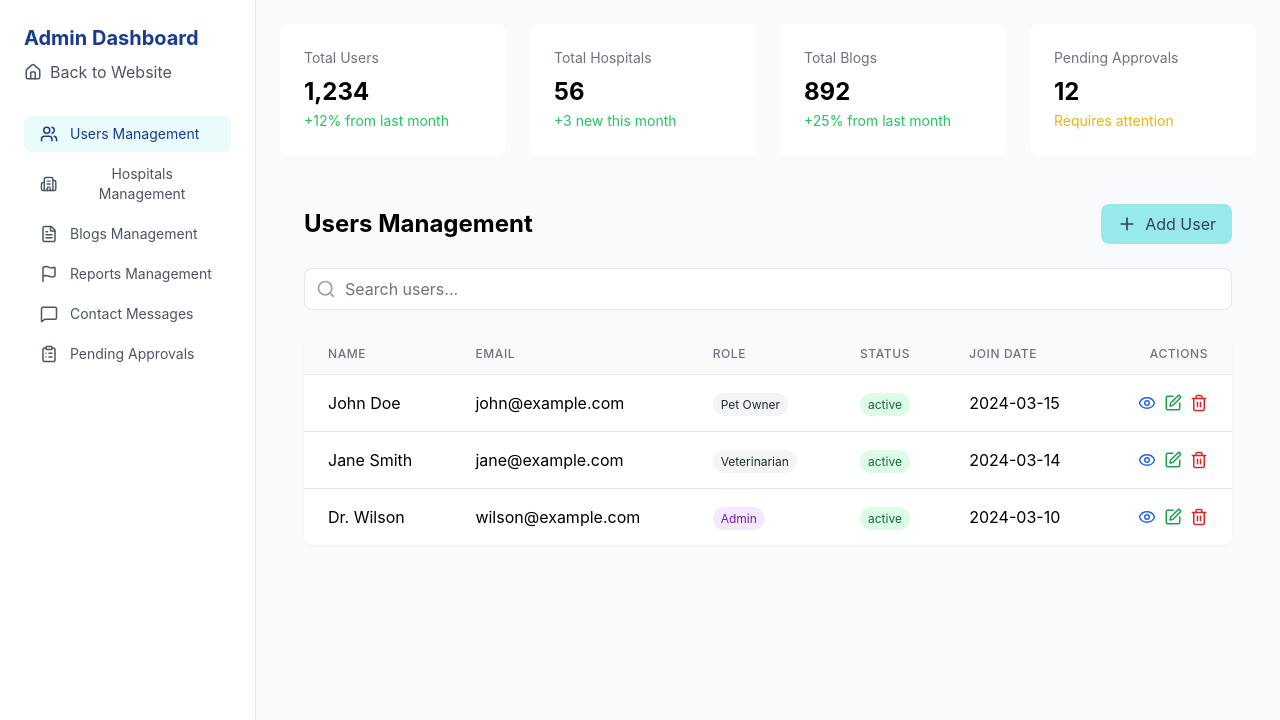
Repository: ZSayless/MyPetDoc
Page: /admin
These files come from the project's save history. The page is drawn as it stood at one moment and after the next save; the edit follows.
The browser window is 1280 px wide. The pictures show the whole page.
The project was rebuilt for these pictures with package versions that can differ from the ones it lists, and the page was loaded fresh each time. Also part of the build but not shown: vite.config.js, src/core/ButtonLink.js, src/components/register/SelectRoleModal.js, src/services/authService.js, src/components/register/Register.js, src/core/Overlay.js, src/components/login/Login.js, src/components/layout/Header.js and 40 more.

Above is the page before, as saved 2025-01-15 22:47:12.

After the next save:
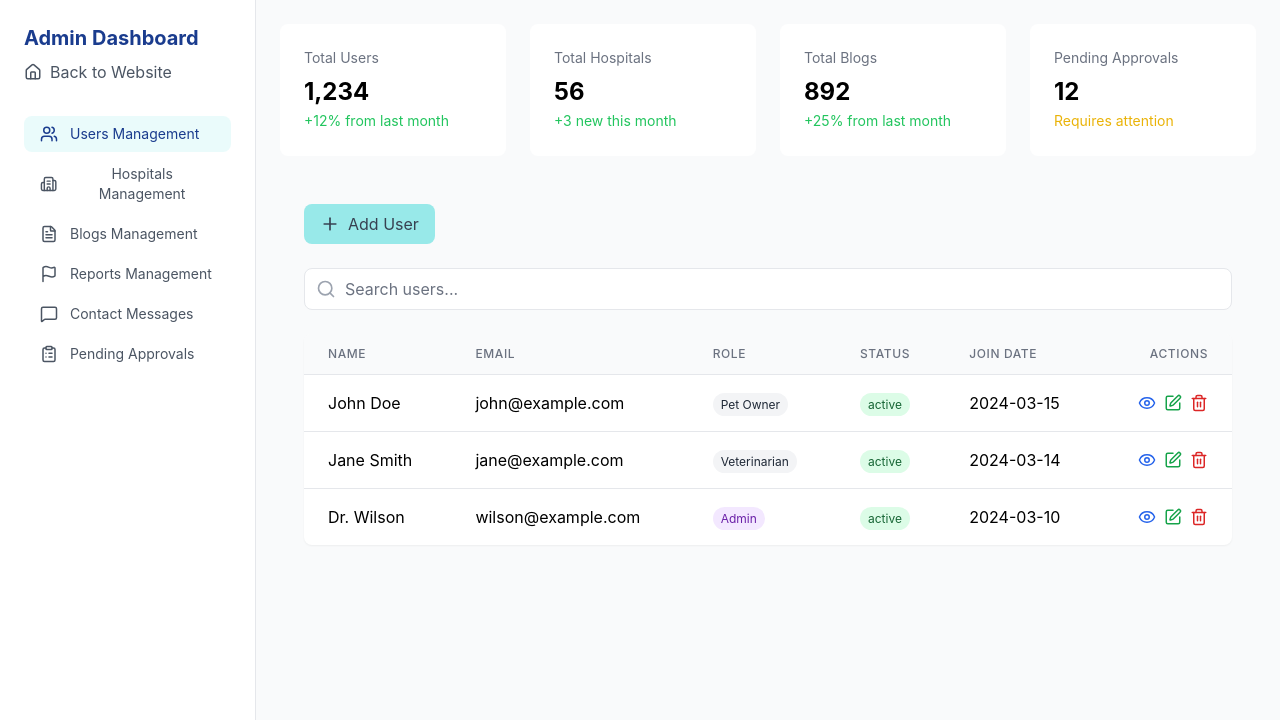
Saved 54 s later.
--- a/src/pages/admin/tabs/UsersManagement.js
+++ b/src/pages/admin/tabs/UsersManagement.js
@@ -73,7 +73,7 @@ function UsersManagement() {
     <div className="p-6">
       {/* Header with Add User button */}
       <div className="flex justify-between items-center mb-6">
-        <h1 className="text-2xl font-bold">Users Management</h1>
+        {/* <h1 className="text-2xl font-bold">Users Management</h1> */}
         <button
           onClick={() => setIsAddingUser(true)}
           className="flex items-center gap-2 px-4 py-2 bg-[#98E9E9] text-gray-700 rounded-lg hover:bg-[#7CD5D5]"
